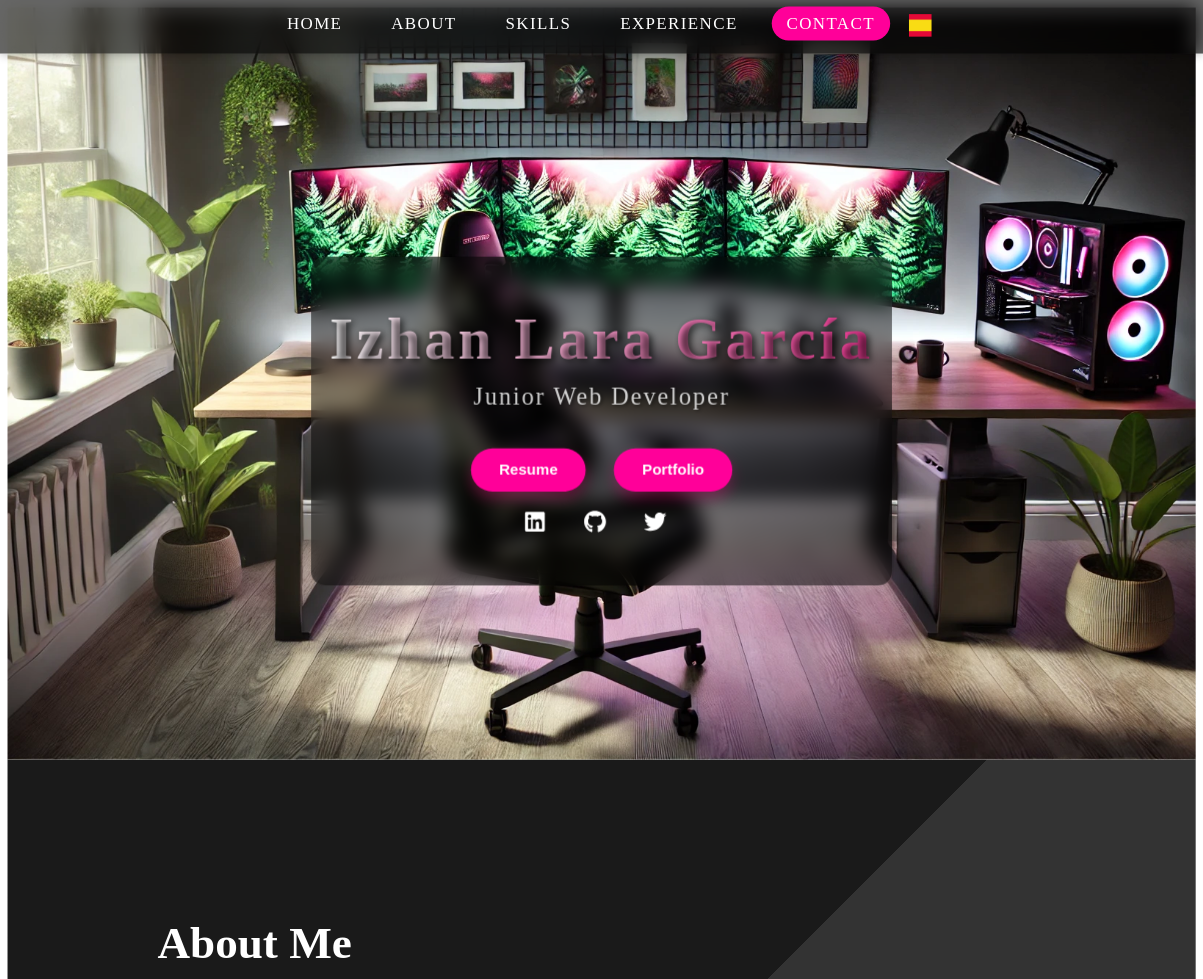
Repository: izhanlaraagarcia/izhanlaraagarcia.github.io
Page: / (app in vite-project/)
The author's editor kept a copy of each file at every save. The page is drawn from the files as they stood at one save, then again after the next save.
The browser window is 1280 px wide. The pictures show the part of the page from y = 0 to 1041 px (the page is 3343 px tall), at 94% of full size.
Pictures or frames that could not be fetched are drawn as grey boxes. The project was rebuilt for these pictures with package versions that can differ from the ones it lists, and the page was loaded fresh each time. Also part of the build but not shown: vite-project/vite.config.js.

Above is the page before, as saved 2024-09-18 11:19:00.
Not found: assets/IMG_0972.JPEG

After the next save:
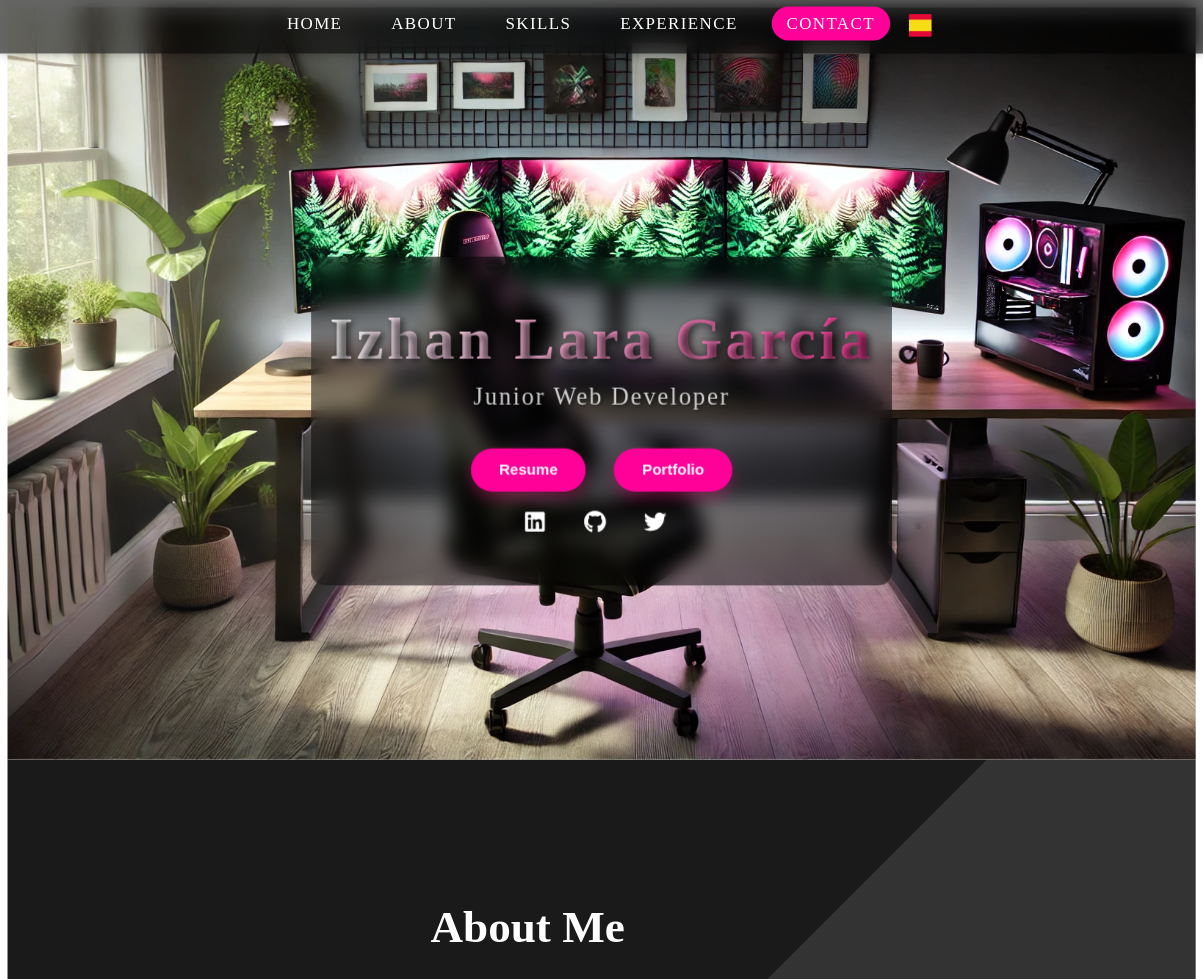
Saved 20 s later.
--- a/vite-project/src/components/AboutComponent.jsx
+++ b/vite-project/src/components/AboutComponent.jsx
@@ -38,7 +38,7 @@ const AboutComponent = ({ language }) => {
           transition={{ duration: 1, ease: "easeOut" }}
         >
           <img
-            src="../assets/IMG_0972.JPEG"
+            src="url"
             alt="Profile"
           />
         </motion.div>
